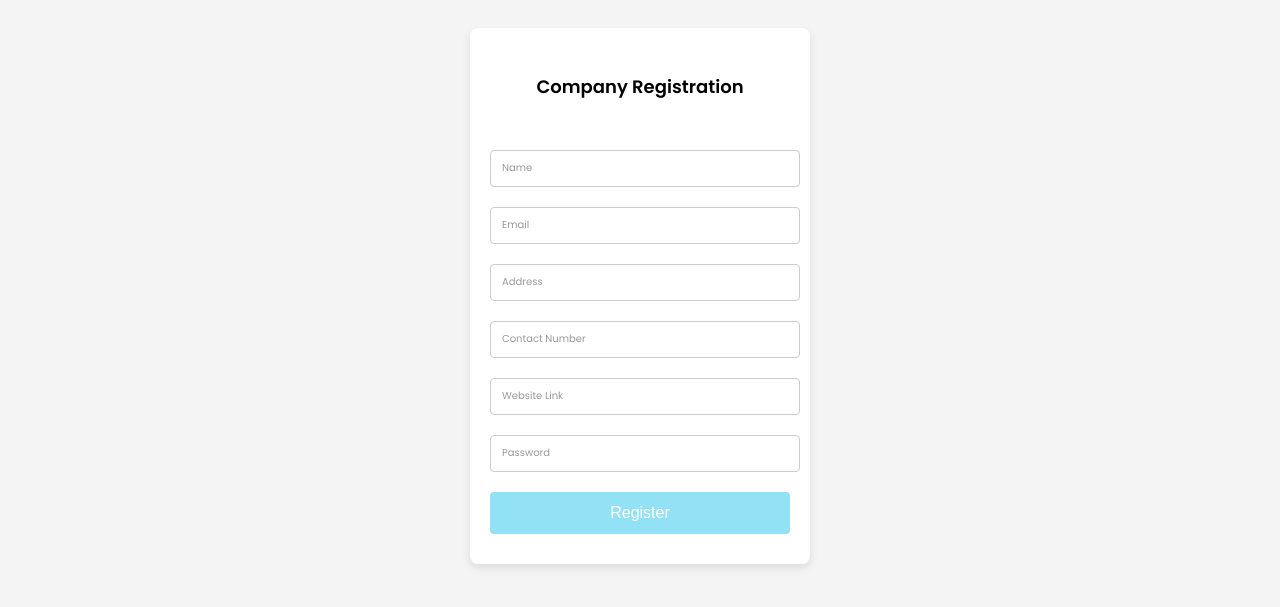
Repository: parthsabhani/Job_Portal_JSP_Servlet
Page: http://localhost/Job_Portal/companyRegistration.jsp
The author's editor kept a copy of each file at every save. The page is drawn from the files as they stood at one save, then again after the next save.
The browser window is 1280 px wide. The pictures show the whole page.
The page is served by Tomcat 9. Other server files are loaded and not shown.

Above is the page before, as saved 2025-04-22 08:41:36.

### Job_Portal/src/main/webapp/companyRegistration.jsp
<%@ page language="java" contentType="text/html; charset=UTF-8"
	pageEncoding="UTF-8"%>
<!DOCTYPE html>
<html lang="en">
<head>
<meta charset="UTF-8">
<meta name="viewport" content="width=device-width, initial-scale=1.0">
<title>Company Registration</title>

<!-- Import Poppins font -->
<link
	href="https://fonts.googleapis.com/css2?family=Poppins:wght@400;600&display=swap"
	rel="stylesheet">

<!-- Internal CSS -->
<style>
body {
	font-family: 'Poppins', sans-serif;
	background-color: #f4f4f4;
	display: flex;
	justify-content: center;
	align-items: center;
	height: 100%;
}

.registration-container {
	background-color: white;
	padding: 20px;
	margin: 20px;
	border-radius: 8px;
	box-shadow: 0 4px 8px rgba(0, 0, 0, 0.1);
	width: 100%;
	font-size: 12px;
	max-width: 300px;
}

h2 {
	text-align: center;
	background-color: ;
	padding: 10px;
	border-radius: 10px;
	margin-bottom: 40px;
}

form {
	display: flex;
	flex-direction: column;
}

.input-container {
	position: relative;
	margin-bottom: 20px;
}

input {
	padding: 12px 4px;
	margin: 0;
	border: 1px solid #ccc;
	border-radius: 4px;
	font-size: 10px;
	width: 100%;
	background-color: #fff; /* Keep the input background white */
	z-index: 1; /* Ensure the input stays behind the label */
}

input:focus {
	border-color: #4d90fe;
	outline: none;
}

/* Floating label */
input:focus+label, input:not(:placeholder-shown)+label {
	font-size: 10px;
	color: #4d90fe;
	top: -9px; /* Adjusted to align with the upper edge of the text */
}

label {
	position: absolute;
	top: 10px; /* Slightly adjusted to align with the text */
	left: 8px;
	font-size: 10px;
	transition: all 0.2s ease;
	color: #999;
	pointer-events: none;
	z-index: 2; /* Ensure the label stays above the input */
	background-color: #fff; /* To avoid background showing through */
	padding: 0 4px;
	/* Add some padding to avoid label overlapping input edges */
}

.submit-btn {
	background-color: #93e1f5;
	color: white;
	padding: 12px;
	border: none;
	border-radius: 4px;
	font-size: 16px;
	cursor: pointer;
}

.submit-btn:hover {
	background-color: #71d5f0;
}

.error {
	color: red;
	font-size: 10px;
	margin-bottom: 10px;
}
</style>
</head>
<body>

	<div class="registration-container">
		<h2>Company Registration</h2>
		<form action="" method="post" id="registrationForm">

			<!-- Full Name Field -->
			<div class="input-container">
				<input type="text" id="fullName" name="fullName" placeholder=" "
					required> <label for="fullName">Name</label>
			</div>

			<!-- Email Field -->
			<div class="input-container">
				<input type="email" id="email" name="email" placeholder=" " required>
				<label for="email">Email</label>
			</div>

			<!-- Address Field -->
			<div class="input-container">
				<input type="text" id="address" name="address" placeholder=" ">
				<label for="address">Address</label>
			</div>

			<!-- Phone Number Field -->
			<div class="input-container">
				<input type="tel" id="phone" name="phone" placeholder=" " required>
				<label for="phone">Contact Number</label>
			</div>

			<!-- Web site Field -->
			<div class="input-container">
				<input type="text" id="website" name="website" placeholder=" ">
				<label for="website">Website Link</label>
			</div>

			<!-- Password Field -->
			<div class="input-container">
				<input type="password" id="password" name="password" placeholder=" "
					required> <label for="password">Password</label>
			</div>

			<button type="submit" class="submit-btn">Register</button>

			<div id="errorMessages" class="error">
				<%
				// JSP Server-side Error Messages
				String errorMessages = (String) request.getAttribute("errorMessages");
				if (errorMessages != null) {
					out.print(errorMessages);
				}
				%>
			</div>
		</form>
	</div>

</body>
</html>

After the next save:
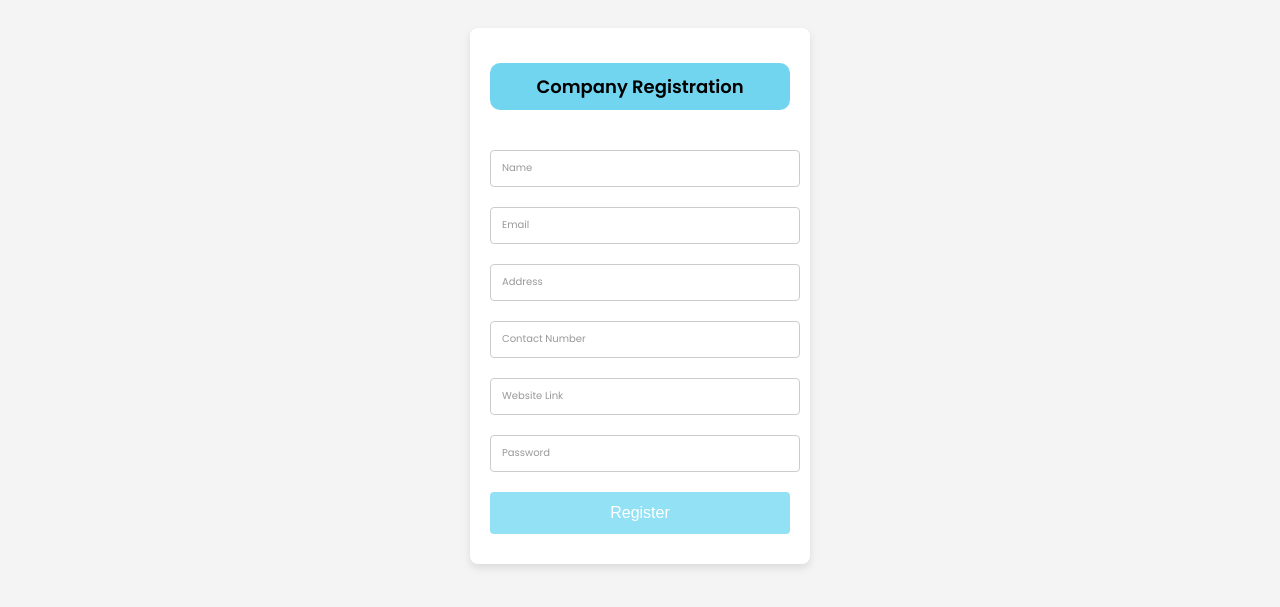
Saved 19 s later.
--- a/Job_Portal/src/main/webapp/companyRegistration.jsp
+++ b/Job_Portal/src/main/webapp/companyRegistration.jsp
@@ -36,7 +36,7 @@ body {
 
 h2 {
 	text-align: center;
-	background-color: ;
+	background-color: #71d5f0;
 	padding: 10px;
 	border-radius: 10px;
 	margin-bottom: 40px;
